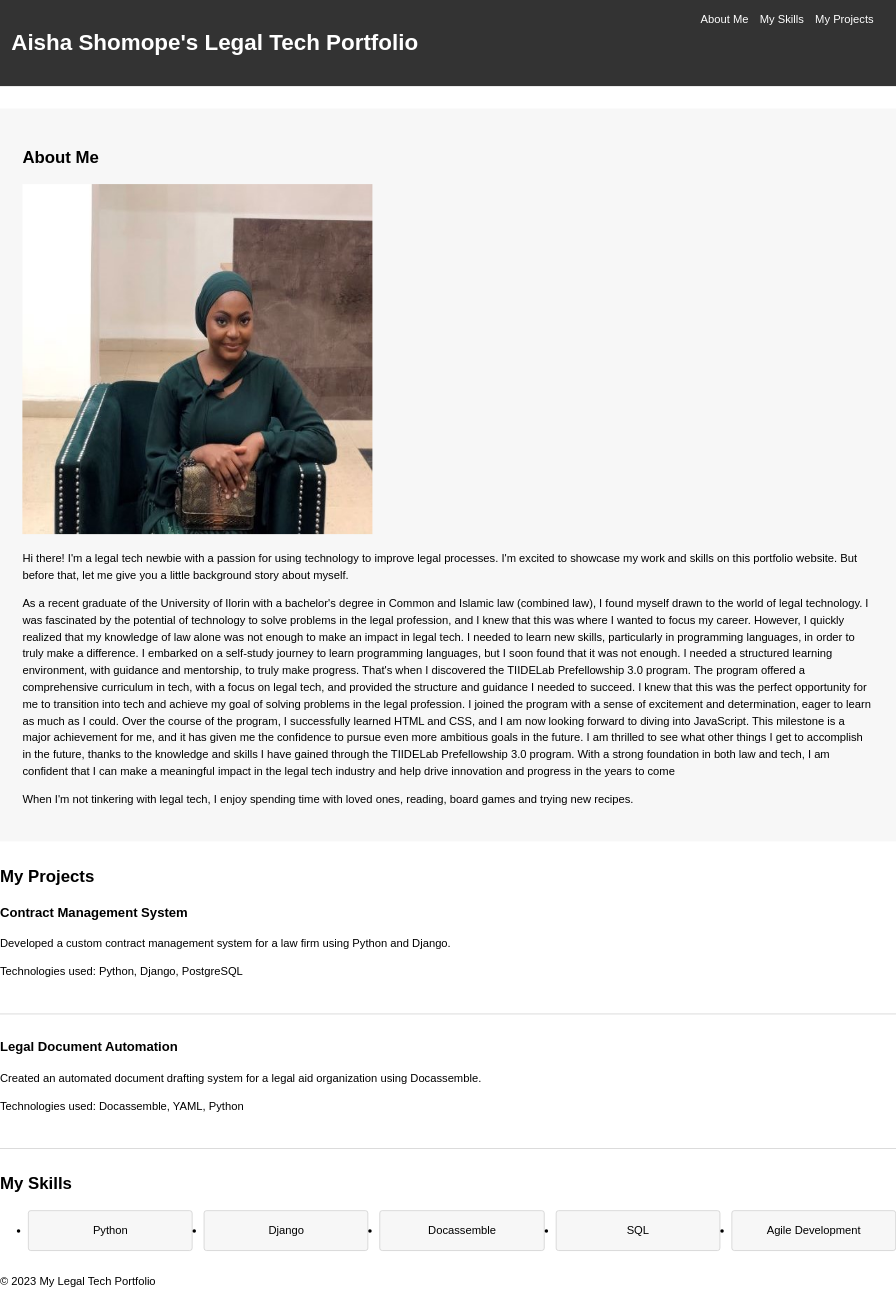
Repository: Iyewande/AishasPortfolio
Page: Index.html
The author's editor kept a copy of each file at every save. The page is drawn from the files as they stood at one save, then again after the next save.
The browser window is 1280 px wide. The pictures show the whole page, at 70% of full size.

Above is the page before, as saved 2023-04-30 19:23:05.

### Index.html
<!DOCTYPE html>
<html lang="en">
    <head>
        <meta charset="UTF-8">
        <meta http-equiv="X-UA-Compatible" content="IE=edge">
        <meta name="viewport" content="width=device-width, initial-scale=1.0">
        <title>My Legal Tech Portfolio</title>
        <link rel="stylesheet" href="Style.css">
    </head>
    <body>
        <!-- This HTML code creates a simple portfolio website with three main sections: About Me, My Projects, and My Skills.
            The navigation menu allows visitors to easily navigate between the sections of the website. The CSS styling for
            this website is located in a separate style.css file. -->
        <header>
            <h1> Aisha Shomope's Legal Tech Portfolio </h1>
            <nav>
                <ul>
                    <li><a href="#about">About Me</a></li>
                    <li><a href="#skills">My Skills</a></li>
                    <li><a href="#projects">My Projects</a></li>
                  </ul>
            </nav>
        </header>
        <main>
            <section id="about">
                <h2>About Me</h2>
                <img src="E17CF07F-F5B1-4C94-9C3E-8D25C5FEC29B.jpg" alt="A picture of me" height="500" width="500">
                <p>Hi there! I'm a legal tech newbie with a passion for using technology to improve legal processes. I'm excited to
                    showcase my work and skills on this portfolio website. But before that, let me give you a little background story about myself.</p>
                <article>
                    As a recent graduate of the University of Ilorin with a bachelor's degree in Common and Islamic law (combined law), I found myself drawn to the world of legal technology. I was fascinated by the potential of technology to solve problems in the legal profession, and I knew that this was where I wanted to focus my career.
                    However, I quickly realized that my knowledge of law alone was not enough to make an impact in legal tech. I needed to learn new skills, particularly in programming languages, in order to truly make a difference. I embarked on a self-study journey to learn programming languages, but I soon found that it was not enough. I needed a structured learning environment, with guidance and mentorship, to truly make progress.
                    That's when I discovered the TIIDELab Prefellowship 3.0 program. The program offered a comprehensive curriculum in tech, with a focus on legal tech, and provided the structure and guidance I needed to succeed. I knew that this was the perfect opportunity for me to transition into tech and achieve my goal of solving problems in the legal profession.
                    I joined the program with a sense of excitement and determination, eager to learn as much as I could. Over the course of the program, I successfully learned HTML and CSS, and I am now looking forward to diving into JavaScript. This milestone is a major achievement for me, and it has given me the confidence to pursue even more ambitious goals in the future.
                    I am thrilled to see what other things I get to accomplish in the future, thanks to the knowledge and skills I have gained through the TIIDELab Prefellowship 3.0 program. With a strong foundation in both law and tech, I am confident that I can make a meaningful impact in the legal tech industry and help drive innovation and progress in the years to come</article>
                <p>When I'm not tinkering with legal tech, I enjoy spending time with loved ones, reading, board games and trying new recipes.</p>
              </section>

              <section id="projects">
                <h2>My Projects</h2>
                <ul>
                  <li>
                    <h3>Contract Management System</h3>
                    <p>Developed a custom contract management system for a law firm using Python and Django.</p>
                    <p>Technologies used: Python, Django, PostgreSQL</p>
                  </li>
                  <li>
                    <h3>Legal Document Automation</h3>
                    <p>Created an automated document drafting system for a legal aid organization using Docassemble.</p>
                    <p>Technologies used: Docassemble, YAML, Python</p>
                  </li>
                </ul>
              </section>

              <section id="skills">
                <h2>My Skills</h2>
                <ul>
                  <li>Python</li>
                  <li>Django</li>
                  <li>Docassemble</li>
                  <li>SQL</li>
                  <li>Agile Development</li>
                </ul>
              </section>

        </main>
        <footer>
            <p>&copy; 2023 My Legal Tech Portfolio</p>
        </footer>
    </body>
</html>

### Style.css
/* Global styles */
/* This CSS file defines styles for the entire website, as well as specific styles for the different sections of the website.
For example, the header element has a dark background color and white text color, while the #skills section uses a grid layout
to display a list of skills. These styles are used to enhance the design and usability of the website.*/

body {
    font-family: Arial, sans-serif;
    font-size: 16px;
    line-height: 1.5;
    margin: 0;
    padding: 0;
  }

  h1, h2, h3 {
    font-family: 'Montserrat', sans-serif;
  }

  header {
    background-color: #333;
    color: #fff;
    display: flex;
    justify-content: space-between;
    padding: 1em;
  }

  nav ul {
    display: flex;
    list-style: none;
    margin: 0;
    padding: 0;
  }

  nav ul li {
    margin-right: 1em;
  }

  nav ul li a {
    color: #fff;
    text-decoration: none;
  }

  nav ul li a:hover {
    text-decoration: underline;
  }

  section {
    margin: 2em 0;
  }

  /* Specific styles */

  #about {
    background-color: #f7f7f7;
    padding: 2em;
  }

  #about p {
    margin-bottom: 1em;
  }

  #projects ul {
    list-style: none;
    margin: 0;
    padding: 0;
  }

  #projects li {
    border-bottom: 1px solid #ccc;
    margin-bottom: 2em;
    padding-bottom: 2em;
  }

  #projects h3 {
    margin-top: 0;
  }

  #projects p {
    margin-bottom: 1em;
  }

  #skills ul {
    display: grid;
    grid-template-columns: repeat(auto-fit, minmax(120px, 1fr));
    grid-gap: 1em;
  }

  #skills li {
    background-color: #f7f7f7;
    border: 1px solid #ccc;
    border-radius: 4px;
    padding: 1em;
    text-align: center;
  }

After the next save:
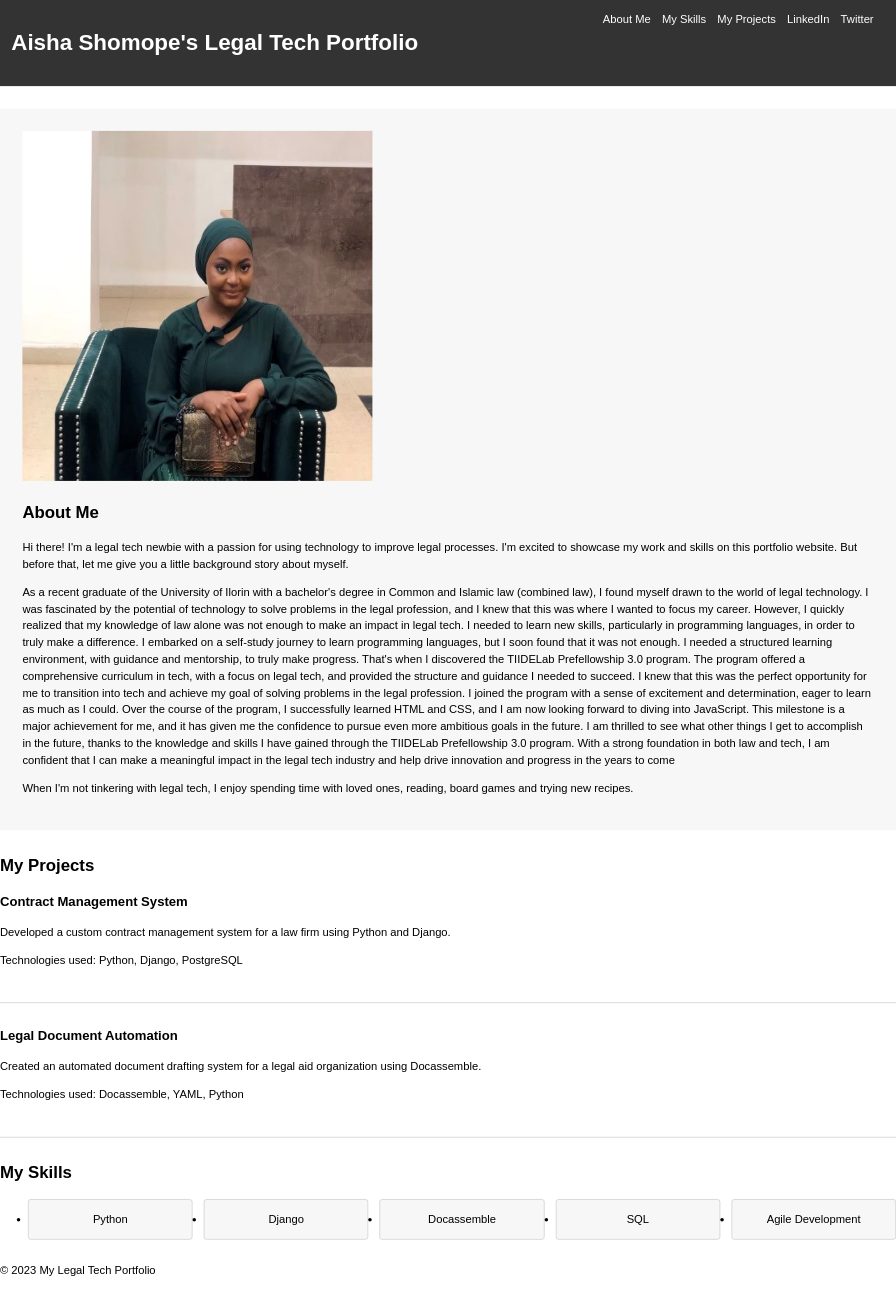
Saved 8 min 1 s later.
--- a/Index.html
+++ b/Index.html
@@ -18,13 +18,16 @@
                     <li><a href="#about">About Me</a></li>
                     <li><a href="#skills">My Skills</a></li>
                     <li><a href="#projects">My Projects</a></li>
+                    <li><a href="https://www.linkedin.com/in/yourprofile/">LinkedIn</a></li>
+                    <li><a href="https://twitter.com/yourhandle/">Twitter</a></li>
                   </ul>
             </nav>
         </header>
         <main>
             <section id="about">
+                <div class="main-container"></div>
+                <img src="E17CF07F-F5B1-4C94-9C3E-8D25C5FEC29B.jpg" alt="A picture of me" height="500" width="500">
                 <h2>About Me</h2>
-                <img src="E17CF07F-F5B1-4C94-9C3E-8D25C5FEC29B.jpg" alt="A picture of me" height="500" width="500">
                 <p>Hi there! I'm a legal tech newbie with a passion for using technology to improve legal processes. I'm excited to
                     showcase my work and skills on this portfolio website. But before that, let me give you a little background story about myself.</p>
                 <article>
